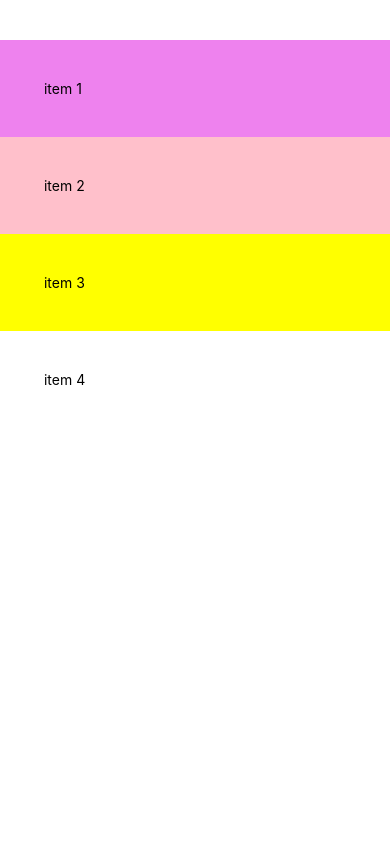
Repository: Ducbii4202/React-Native
Screen: /
The author's editor kept a copy of each file at every save. The screen is drawn from the files as they stood at one save, then again after the next save.
The app was drawn by React Native's web renderer in a window 390 px wide. The project was rebuilt for these pictures with package versions that can differ from the ones it lists, and the page was loaded fresh each time.

Above is the screen before, as saved 2024-09-17 20:38:48.

After the next save:
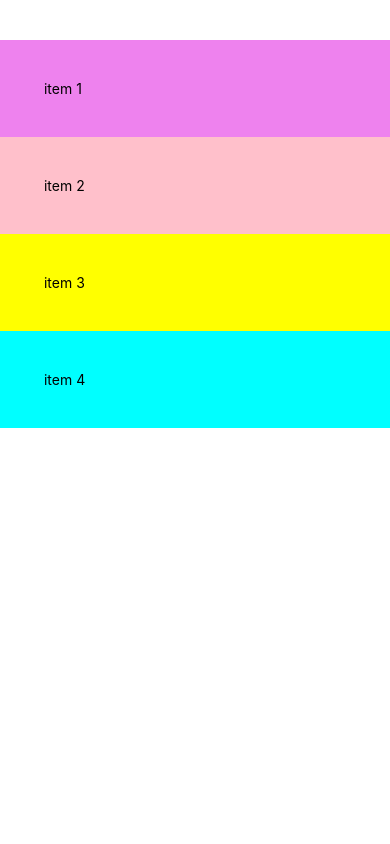
Saved 7 s later.
--- a/components/flexbox.tsx
+++ b/components/flexbox.tsx
@@ -18,7 +18,7 @@ const styles = StyleSheet.create({
     },
     item4: {
         padding: 40,
-        backgroundColor: "crye",
+        backgroundColor: "cyan",
     },
 })
 
